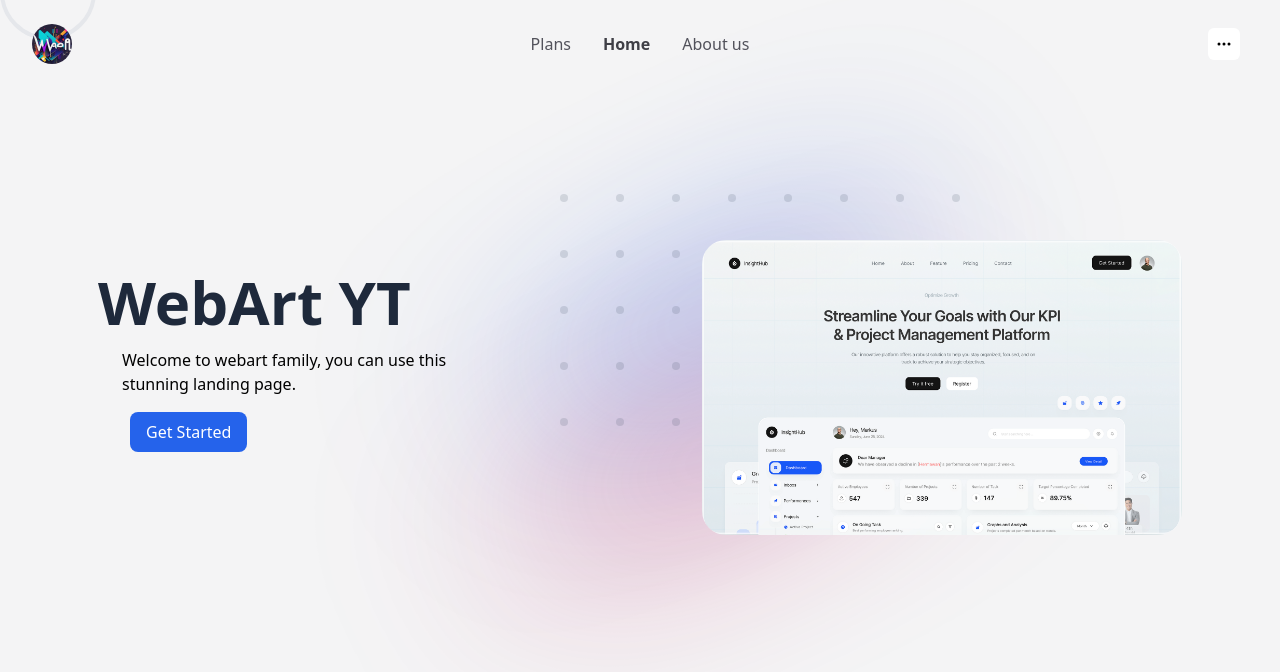
Repository: 30namp/youtube-web-art-code
Page: stunning landing page 1/index.html
These files come from the project's save history. The page is drawn as it stood at one moment and after the next save; the edit follows.
The browser window is 1280 px wide. The pictures show the whole page.

Above is the page before, as saved 2024-09-26 21:24:13.

After the next save:
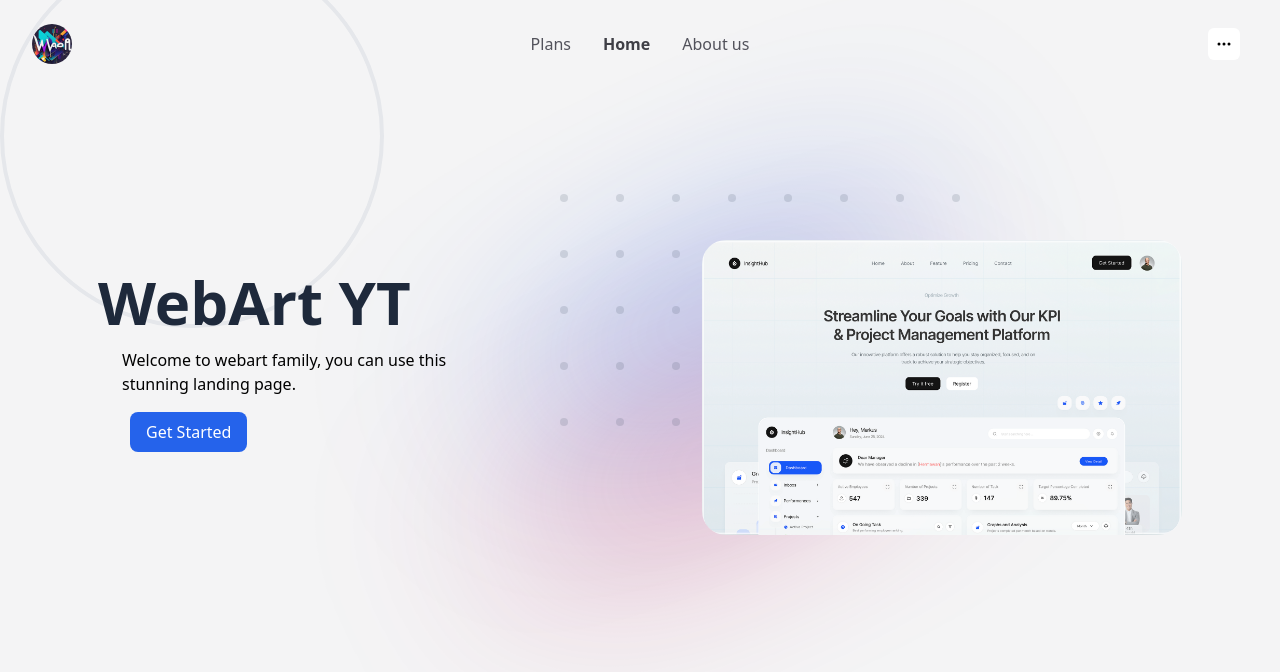
Saved 7 s later.
--- a/stunning landing page 1/index.html
+++ b/stunning landing page 1/index.html
@@ -58,7 +58,7 @@
       <div class="rounded-full bg-slate-700/30 size-2 shadow-lg"></div>
     </div>
 
-    <div class="circle size-24 rounded-full border-4 absolute -top-14"></div>
+    <div class="circle size-96 rounded-full border-4 absolute -top-14"></div>
 
     <!-- navbar -->
     <nav
